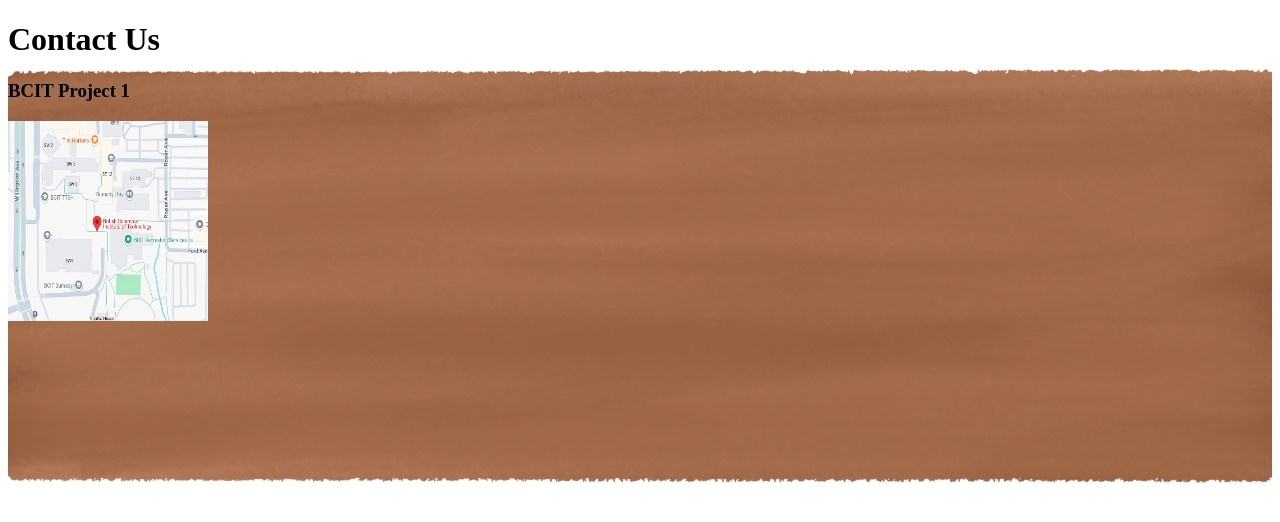
Repository: AlyssaHug/Bandit-Breakout
Page: index.html
An editor plug-in stored every save of this project. The page is shown before and after the next save, followed by the edit.
The browser window is 1280 px wide. The pictures show the whole page.
Some web fonts or font styles are not loaded; a fallback is used.

Above is the page before, as saved 2025-05-06 22:46:19.

### index.html
<!DOCTYPE html>
<html lang="en">
    <head>
        <meta charset="UTF-8" />
        <meta
            name="viewport"
            content="width=device-width, initial-scale=1.0" />
        <link
            rel="stylesheet"
            href="styles.css" />
        <title>Bandit Breakout</title>
    </head>
    <body>
        <header></header>
        <main>
            <div class="download-now"></div>
            <div class="Contact-us-apps"></div>
        </main>
        <footer>
            <div class="Contact-us">
                <h1>Contact Us</h1>
                <h3>BCIT Project 1</h3>
                <img
                    class="bcit-map"
                    src="img/BCIT.png"
                    alt="BCIT Map" />
            </div>
        </footer>
    </body>
</html>

### styles.css
@import url("https://fonts.googleapis.com/css2?family=Wellfleet&display=swap");

@font-face {
    font-family: "Western Bang Bang";
    src: url("fonts/WesternBangBang.ttf") format("truetype");
    font-weight: normal;
    font-style: normal;
}

:root {
    /* Font Families */
    --font-western: "Western Bang Bang", sans-serif;
    --font-wellfleet: "Wellfleet", serif;

    /* Font Sizes */
    --font-size-h1: 48px;
    --font-size-h2: 36px;
    --font-size-h3: 32px;
    --font-size-h4: 24px;
    --font-size-body: 14px;
    --font-size-caption: 11px;
}
.bcit-map {
    width: 200px;
    height: 200px;
}
footer {
    background-image: url("img/board.png");
    background-size: cover;
    background-repeat: no-repeat;
    background-position: center;
    min-height: 500px;
    width: 100%;
    margin: 0;
    padding: 0;
}

After the next save:
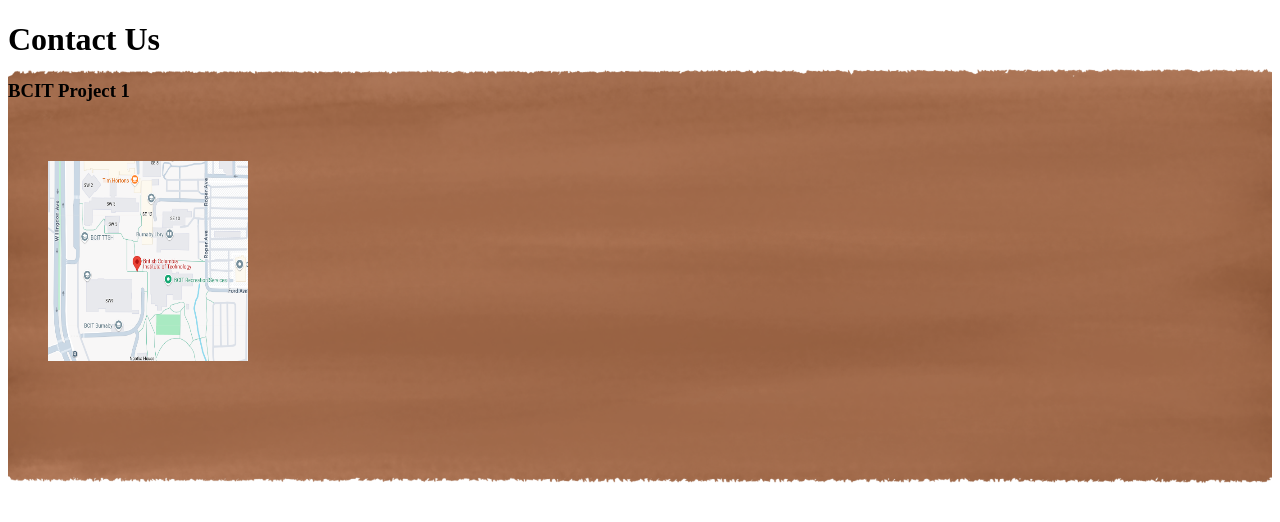
Saved 13 s later.
--- a/styles.css
+++ b/styles.css
@@ -23,6 +23,7 @@
 .bcit-map {
     width: 200px;
     height: 200px;
+    padding: 40px;
 }
 footer {
     background-image: url("img/board.png");
